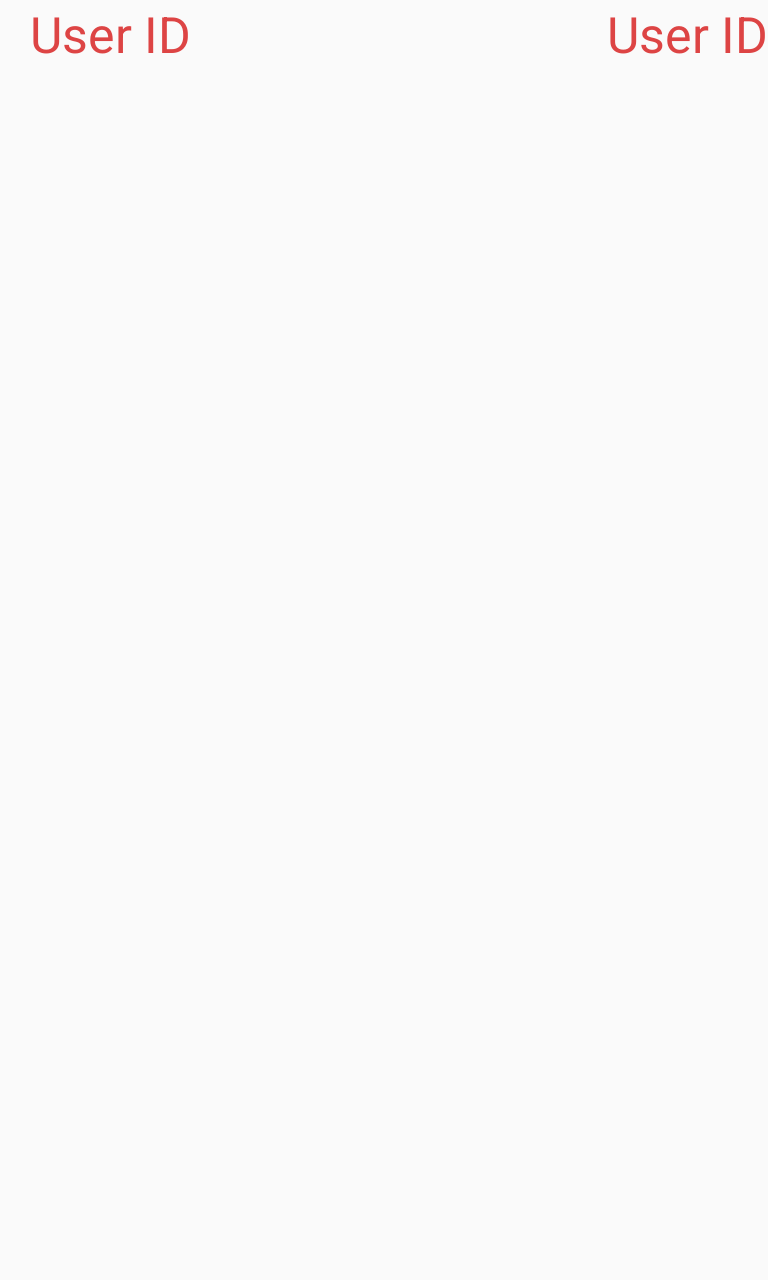
Repository: pankajksharma/chutta-pay
Layout: ChuttaPay/res/layout/transaction_list.xml
These files come from the project's save history. The layout is drawn as it stood at one moment and after the next save; the edit follows.
It is drawn on a 768 x 1280 px phone screen (xhdpi) without system bars, with theme AppTheme; the app's code is not run.

Above is the layout before, as saved 2014-04-26 17:31:47.

### ChuttaPay/res/layout/transaction_list.xml
<RelativeLayout
    xmlns:android="http://schemas.android.com/apk/res/android"
    android:layout_width="match_parent"
    android:layout_height="match_parent"
    android:layout_marginTop="20dp" >

    <TextView
        android:id="@+id/txt_user_id"
        android:layout_width="wrap_content"
        android:layout_height="wrap_content"
        android:layout_alignParentLeft="true"
        android:layout_marginLeft="15dp"
        android:textSize="25dp"
        android:textColor="#dd4444"
        android:text="User ID" />

        <TextView
        android:id="@+id/txt_user_id"
        android:layout_width="wrap_content"
        android:layout_height="wrap_content"
        android:layout_alignParentRight="true"
        android:layout_marginLeft="15dp"
        android:textSize="25dp"
        android:textColor="#dd4444"
        android:text="User ID" />

  </RelativeLayout>

Loaded but not shown: ChuttaPay/res/values/styles.xml (common file); ChuttaPay/res/values-v11/styles.xml (common file); ChuttaPay/res/values-v14/styles.xml (common file)

After the next save:
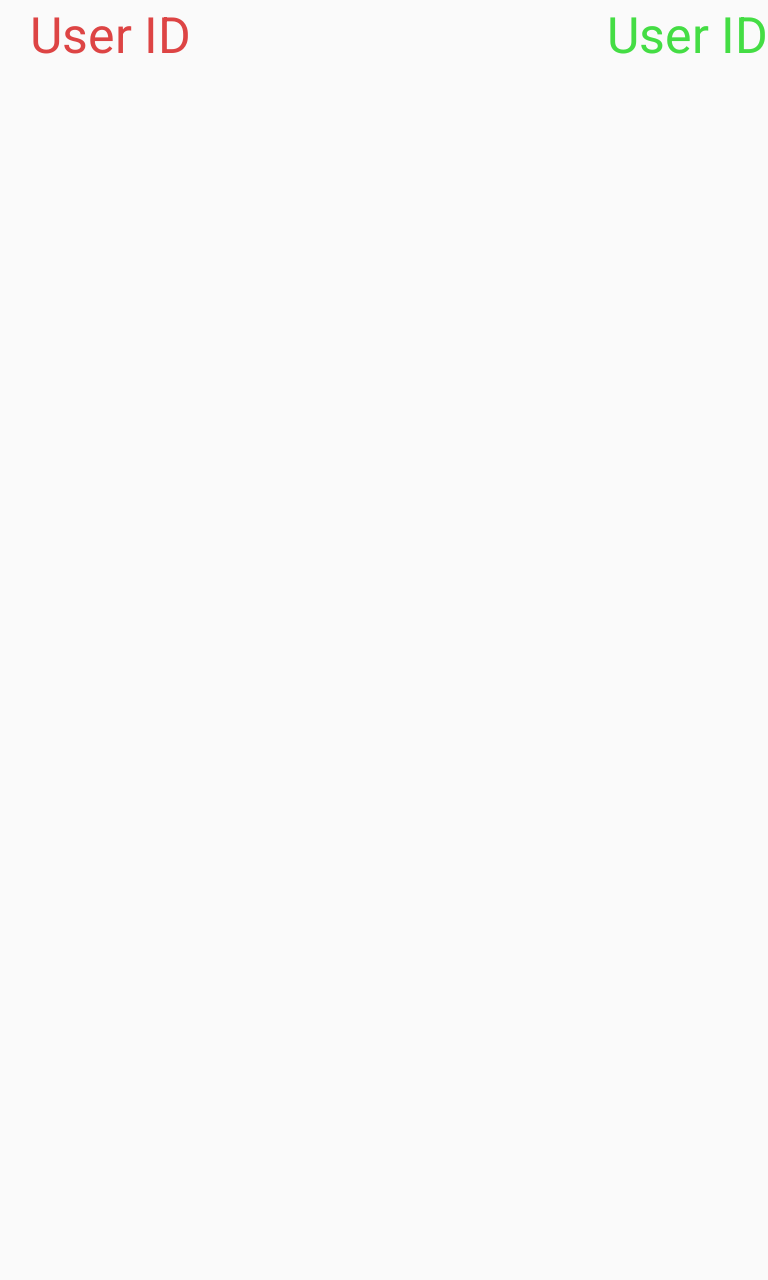
Saved 19 s later.
--- a/ChuttaPay/res/layout/transaction_list.xml
+++ b/ChuttaPay/res/layout/transaction_list.xml
@@ -21,7 +21,7 @@
         android:layout_alignParentRight="true"
         android:layout_marginLeft="15dp"
         android:textSize="25dp"
-        android:textColor="#dd4444"
+        android:textColor="#44dd44"
         android:text="User ID" />
 
   </RelativeLayout>
